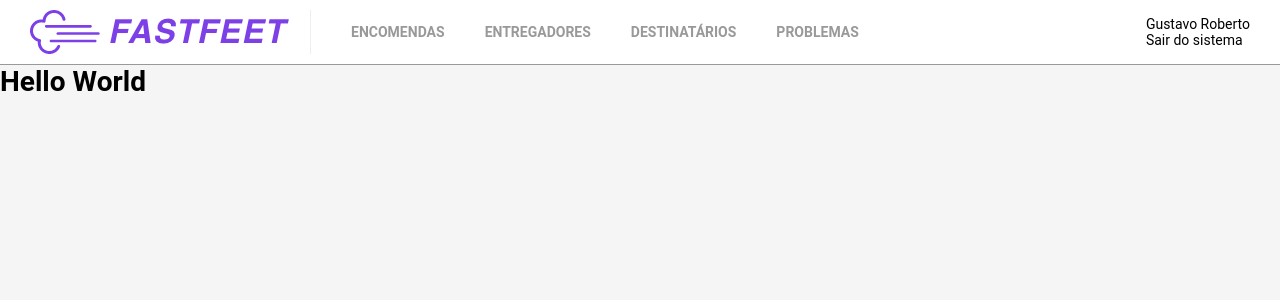
Repository: guuhx97/fastfeet
Page: / (app in frontend/)
These files come from the project's save history. The page is drawn as it stood at one moment and after the next save; the edit follows.
The browser window is 1280 px wide. The pictures show the whole page.
The project was rebuilt for these pictures with package versions that can differ from the ones it lists, and the page was loaded fresh each time.

Above is the page before, as saved 2020-06-26 15:19:58.

### frontend/src/App.js
import React from 'react';

import Header from './components/Header';
import GlobalStyles from './styles/global';

function App() {
  return (
    <>
      <Header />
      <GlobalStyles />
      <h1>Hello World</h1>
    </>
  );
}

export default App;

### frontend/src/components/Header/index.js
import React from 'react';
import { Link } from 'react-router-dom';

import { Container, Content, Profile, User, Logout } from './styles';
import logo from '../../assets/fastfeet-logo.png'
function Header() {
  return (
    <Container>
      <Content>
        <nav>
          <img src={logo} alt="FastFeet"/>
          <a href="/encomenda">ENCOMENDAS</a>
          <a href="/encomenda">ENTREGADORES</a>
          <a href="/encomenda">DESTINATÁRIOS</a>
          <a href="/encomenda">PROBLEMAS</a>
        </nav>
        <aside>
          <Profile>
            <User>Gustavo Roberto</User>
            <Logout>Sair do sistema</Logout>
          </Profile>
        </aside>
      </Content>
    </Container>
  );
}

export default Header;

### frontend/src/styles/global.js
import { createGlobalStyle } from 'styled-components';

export default createGlobalStyle`
  @import url('https://fonts.googleapis.com/css2?family=Roboto:wght@400;700&display=swap');
  * {
    margin: 0;
    padding: 0;
    outline: 0;
    box-sizing: border-box
  }

  *:focus {
    outline: 0
  }

  html, body, #root {
    height: 100%
  }

  body {
    -webkit-font-smoothing: antialiased;
    background: #F5F5F5
  }

  body, input, button {
    font: 14px 'Roboto', sans-serif;
  }

  a {
    text-decoration: none;
  }

  ul {
    text-decoration: none;
  }

  button {
    cursor: pointer
  }
`;

### frontend/src/components/Header/styles.js
import styled from 'styled-components';

export const Container = styled.div`
  background: #fff;
  padding: 0 30px;
  border-bottom: 1px solid #999
`;

export const Content = styled.div`
  height: 64px;
  width: 100%;
  margin: 0 auto;
  display: flex;
  justify-content: space-between;
  align-items: center;

  nav {
    display: flex;
    align-items: center;

    img {
    margin-right: 20px;
    padding-right: 20px;
    border-right: 1px solid #eee;
    }

    a {
      font-weight: bold;
      color: #999999;
      margin: 20px;
    }
  }

`;

export const Profile = styled.div`

`;

export const User = styled.div`

`;

export const Logout = styled.div`

`;

Loaded but not shown: frontend/public/index.html (common file); frontend/src/index.js (common file)

After the next save:
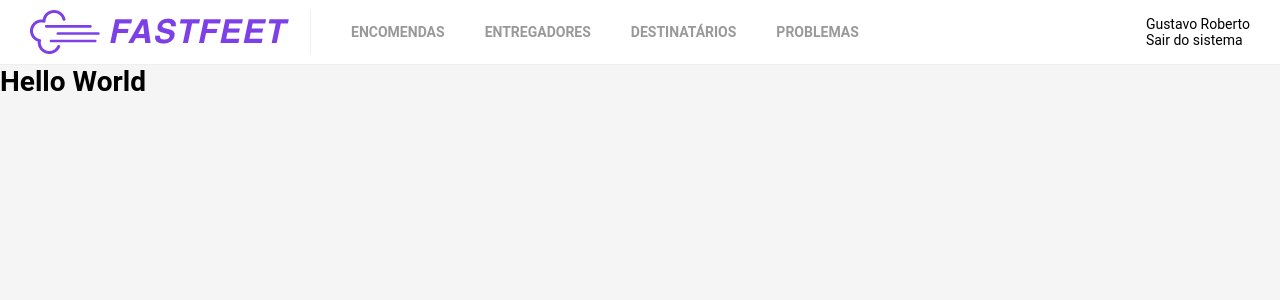
Saved 11 s later.
--- a/frontend/src/components/Header/styles.js
+++ b/frontend/src/components/Header/styles.js
@@ -3,7 +3,7 @@ import styled from 'styled-components';
 export const Container = styled.div`
   background: #fff;
   padding: 0 30px;
-  border-bottom: 1px solid #999
+  border-bottom: 1px solid #eee
 `;
 
 export const Content = styled.div`
